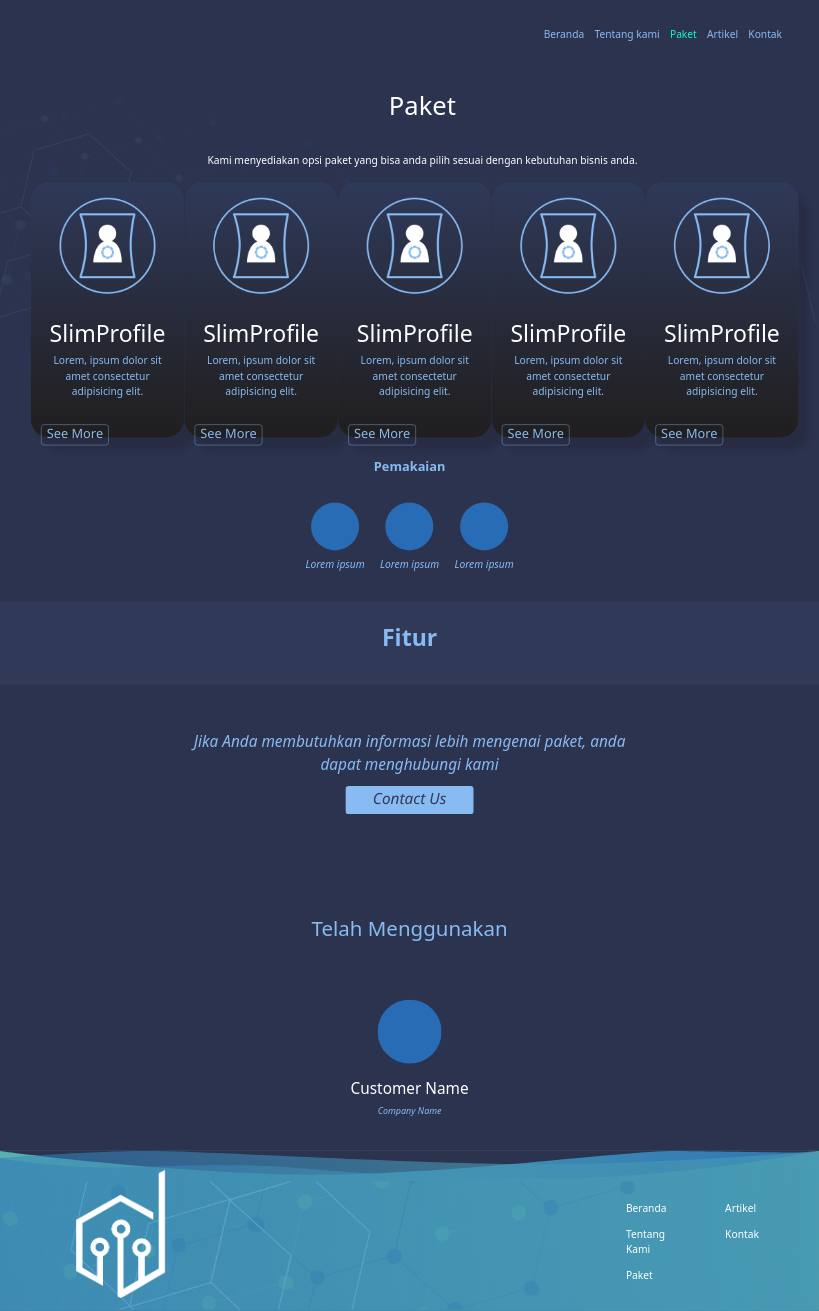
Repository: alfathard/dniztechno
Page: resources/views/productfront/show.blade.php
An editor plug-in stored every save of this project. The page is shown before and after the next save, followed by the edit.
The browser window is 1280 px wide. The pictures show the whole page, at 64% of full size.
Some web libraries are served in a nearby version. The page is served by the project's Laravel application, run on PHP 8.4 with Laravel 8. The template is opened directly, without the code that normally fills it, so the values that code supplies are empty.

Above is the page before, as saved 2025-03-24 10:34:57.
Console error: ReferenceError: $ is not defined

After the next save:
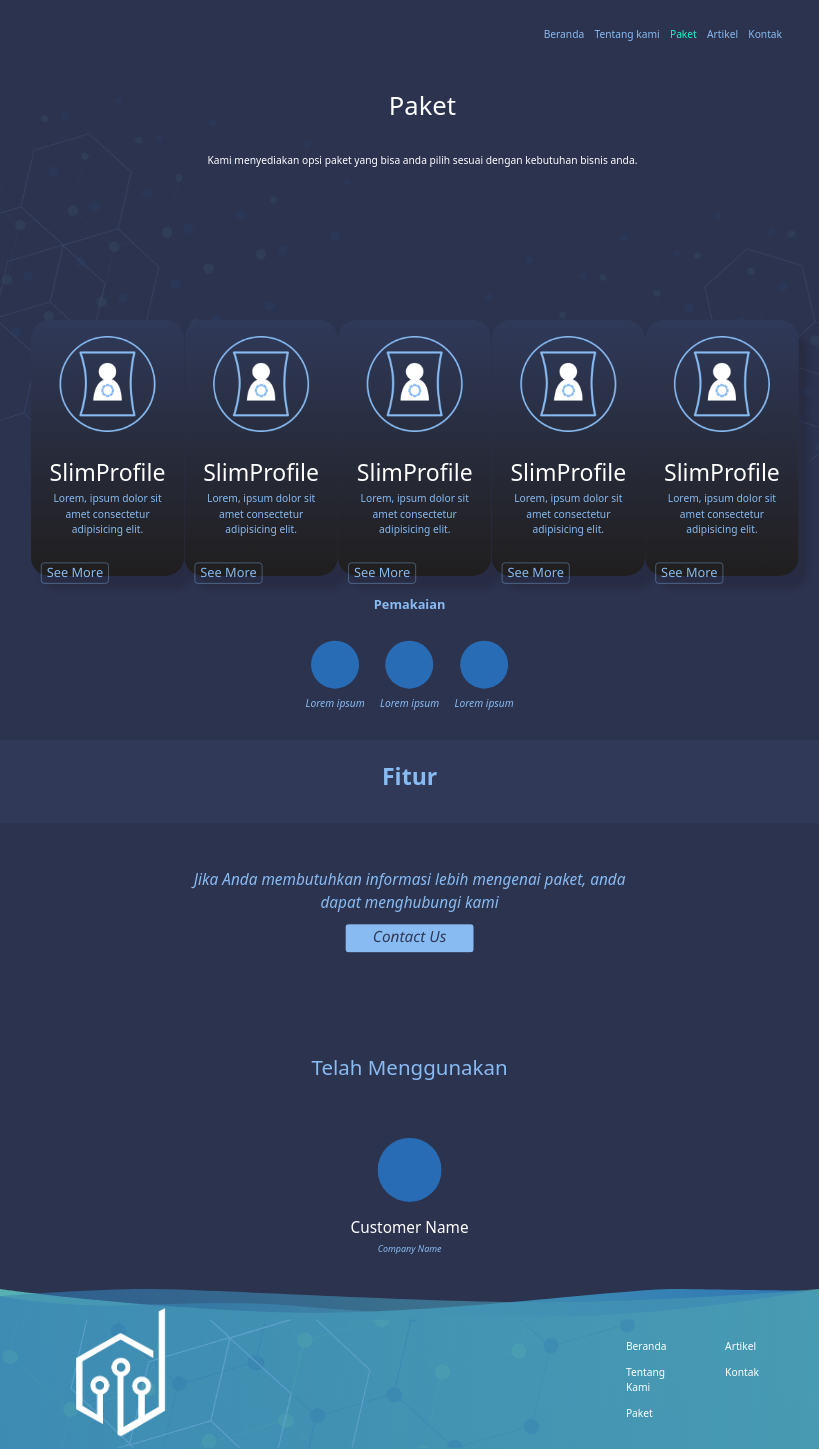
Saved 3 min 51 s later.
--- a/resources/views/productfront/show.blade.php
+++ b/resources/views/productfront/show.blade.php
@@ -12,7 +12,7 @@
     </head>
 
     <body id="home">
-        <div class="ss-heading-warp" style="height: 70%">
+        <div class="ss-heading-warp">
             <div class="jumbotron ss-heading">
                 <nav class="navbar navbar-expand fixed-top" id="mainNav">
                     <button class="navbar-toggler" type="button" data-bs-toggle="collapse" data-bs-target="#navbarResponsive" aria-controls="navbarResponsive" aria-expanded="false" aria-label="Toggle navigation"><span class="navbar-toggler-icon"></span></button>
